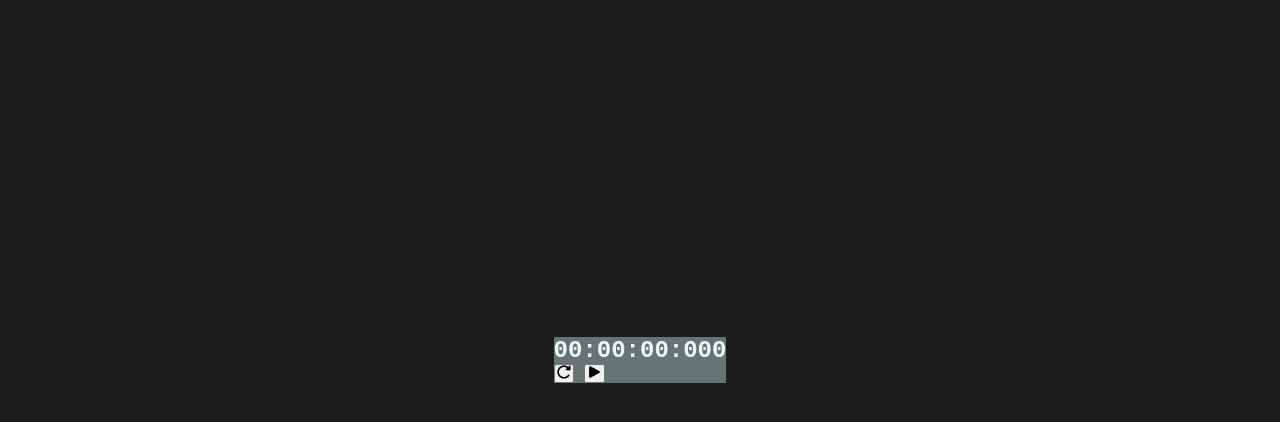
Repository: ValdemarCaculo/TEMPORIZADOR
Page: index.html
The author's editor kept a copy of each file at every save. The page is drawn from the files as they stood at one save, then again after a run of saves.
The browser window is 1280 px wide. The pictures show the whole page.
Some web libraries are served in a nearby version.

Above is the page before, as saved 2025-12-06 14:23:21.

After the next 3 saves:
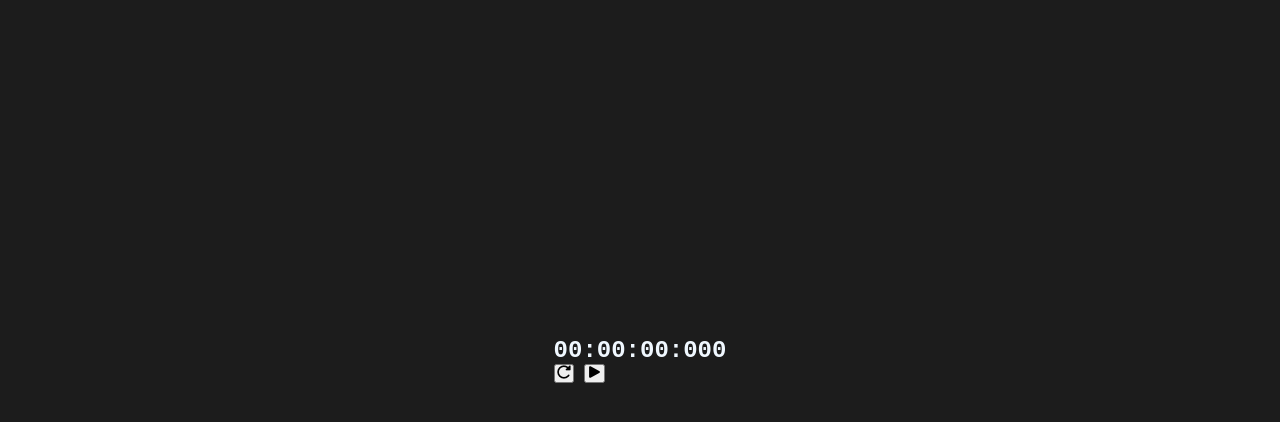
The 3 saves are shown as one change because they came seconds apart.
The last was saved 30 s later.
--- a/CSS/style.css
+++ b/CSS/style.css
@@ -15,5 +15,6 @@ body {
 
 }
 .contador{
+ pa
     background-color: #677474;
 }
